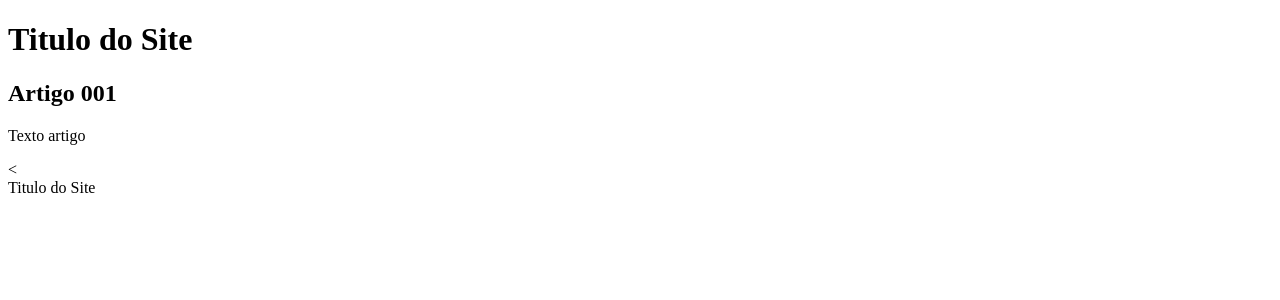
Repository: robertacristinaabreu01/projeto-siteGitHub
Page: index.html
These files come from the project's save history. The page is drawn as it stood at one moment and after the next save; the edit follows.
The browser window is 1280 px wide. The pictures show the whole page.

Above is the page before, as saved 2021-01-23 21:09:51.

After the next save:
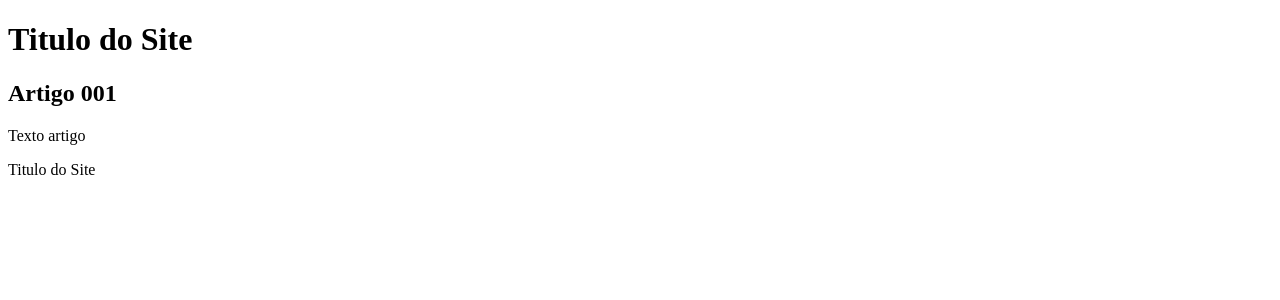
Saved 4 s later.
--- a/index.html
+++ b/index.html
@@ -13,7 +13,7 @@
         <article>
         <h1>Artigo 001</h1>
         <p>Texto artigo</p>
-        <
+        </article>
         <article>Titulo do Site</article>
 
     </main>
